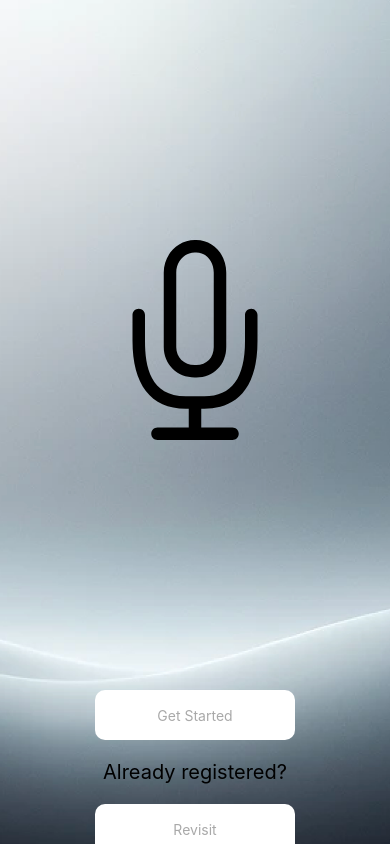
Repository: mortiestmorty1/recordings-app
Screen: / (app in frontend/)
The author's editor kept a copy of each file at every save. The screen is drawn from the files as they stood at one save, then again after the next save.
The app was drawn by React Native's web renderer in a window 390 px wide. The project was rebuilt for these pictures with package versions that can differ from the ones it lists, and the page was loaded fresh each time. Also part of the build but not shown: frontend/components/registerUser.js.

Above is the screen before, as saved 2024-03-08 00:39:23.

After the next save:
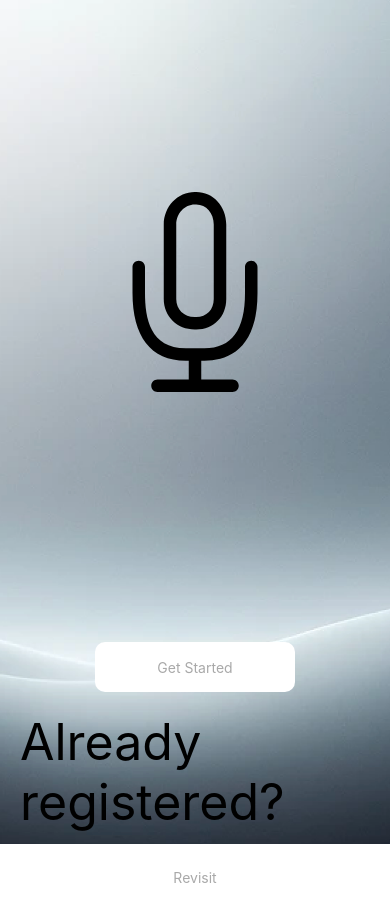
Saved 7 min 36 s later.
--- a/frontend/components/firstscreen.js
+++ b/frontend/components/firstscreen.js
@@ -47,7 +47,7 @@
     bottom: 100, // Changed from bottom to marginBottom for better layout control
   },
   text: {
-    fontSize: 20,
+    fontSize: 50,
     margin: 20,
   },
   content: {

After the save that followed:
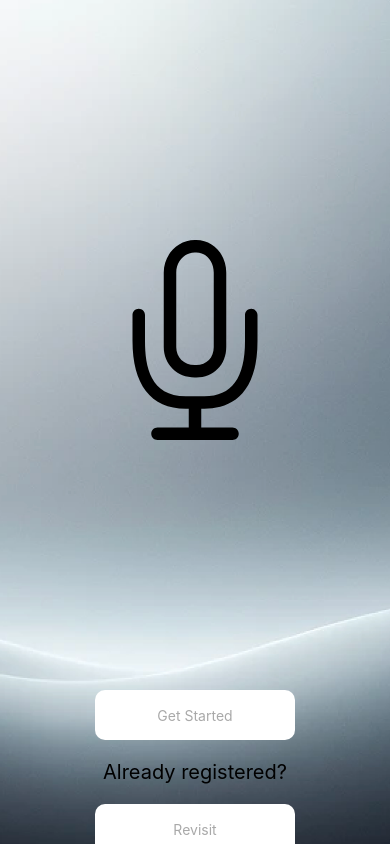
Saved 14 s later.
--- a/frontend/components/firstscreen.js
+++ b/frontend/components/firstscreen.js
@@ -47,7 +47,7 @@
     bottom: 100, // Changed from bottom to marginBottom for better layout control
   },
   text: {
-    fontSize: 50,
+    fontSize: 20,
     margin: 20,
   },
   content: {
